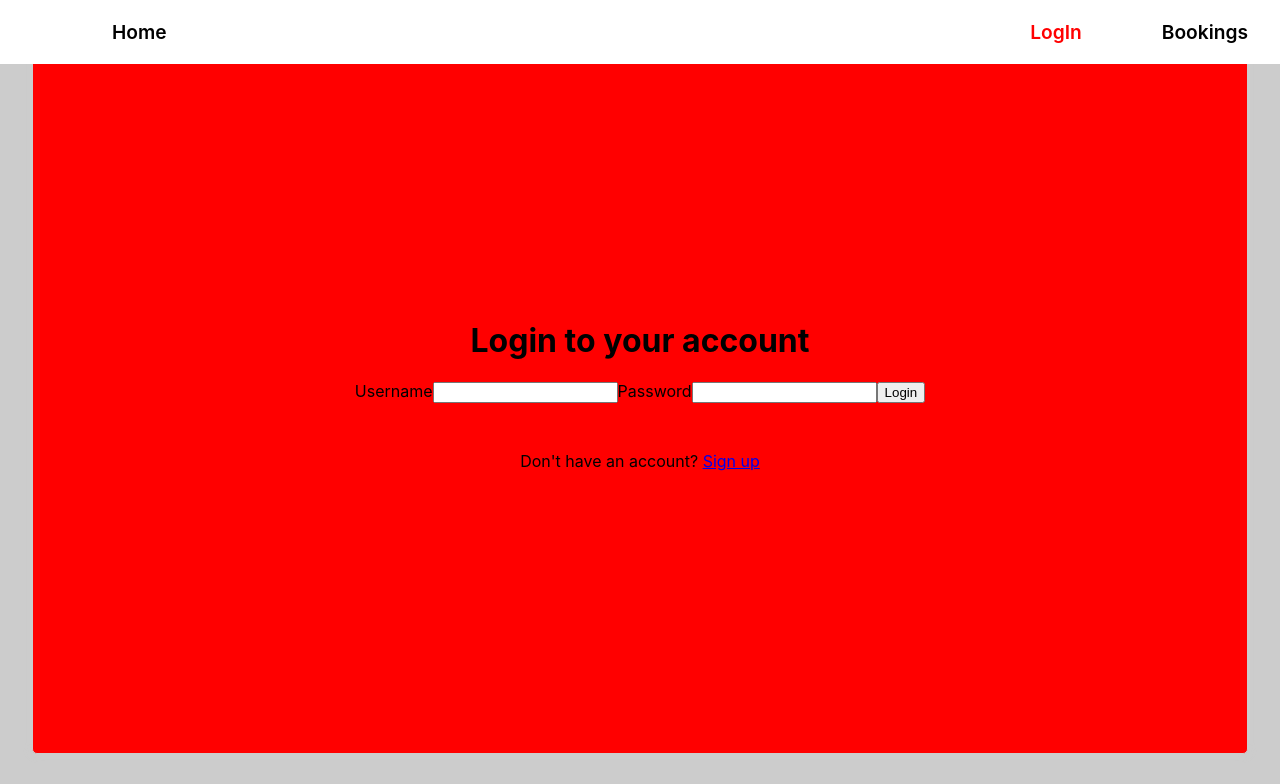
Repository: MikkyPrestige/fake-user-authentication
Page: /login
The author's editor kept a copy of each file at every save. The page is drawn from the files as they stood at one save, then again after the next save.
The browser window is 1280 px wide. The pictures show the whole page.
The project was rebuilt for these pictures with package versions that can differ from the ones it lists, and the page was loaded fresh each time. Also part of the build but not shown: src/assets/styles/home.css, src/components/home.jsx, src/assets/styles/booking.css, src/components/booking.jsx, src/components/fallBack.jsx, src/assets/styles/error.css, src/components/error.jsx, src/profile/signUp.jsx and 2 more.

Above is the page before, as saved 2022-11-24 05:26:48.

### src/index.css
body {
  margin: 0;
  font-family: -apple-system, BlinkMacSystemFont, 'Segoe UI', 'Roboto', 'Oxygen',
    'Ubuntu', 'Cantarell', 'Fira Sans', 'Droid Sans', 'Helvetica Neue',
    sans-serif;
  -webkit-font-smoothing: antialiased;
  -moz-osx-font-smoothing: grayscale;
  /* background-image: url(./assets/img/pattern_blue-1.jpg);
  background-repeat: no-repeat;
  background-size: cover;
  background-position: center;
  background-attachment: fixed; */
}

code {
  font-family: source-code-pro, Menlo, Monaco, Consolas, 'Courier New',
    monospace;
}

### src/App.jsx
import React from "react";
import { ErrorBoundary } from "react-error-boundary";
import { Route, Routes } from "react-router-dom";
import { Home, Navigation, Booking, FallBack, Error } from "./components";
import { Login, User, Logout, SignUp } from "./profile";
import RequireAuth from "./profile/context/require";
import { AuthProvider } from "./profile/context/auth";

function App() {
  return (
    <div className="App">
      <ErrorBoundary FallbackComponent={FallBack}>
        <Navigation />
        <AuthProvider>
        <Routes>
          <Route path="/" element={<Home />} />
          <Route path="/login">
            <Route index element={<Login />} />
          </Route>
          <Route path="/user" element={<RequireAuth><User /></RequireAuth>} />
          <Route path="/logout" element={<Logout />} />
          <Route path="/signUp" element={<SignUp />} />
          <Route path="/booking" element={<Booking />} />
          <Route path="*" element={<Error />} />
        </Routes>
        </AuthProvider>
      </ErrorBoundary>
    </div>
  );
}

export default App;

### src/components/index.js
export { default as Navigation } from "./navigation";
export { default as Home } from "./home";
export { default as Booking } from "./booking";
export { default as FallBack } from "./fallBack";
export { default as Error } from "./error";

### src/profile/index.js
export { default as Login } from "./login";
export { default as Logout } from "./logout";
export { default as SignUp } from "./signUp";
export { default as User } from "./user";

### src/profile/context/auth.jsx
// USER AUTHENTICATION CONTEXT
// This context is used to store the user authentication data and provide it to the rest of the application

import React, { createContext, useState, useContext } from "react";

// Create the context
const AuthContext = createContext({ user: {
  userName: "",
  email: "",
  password: "",
  confirmPassword: ""
} });

// Create the provider
const AuthProvider = ({ children }) => {

  // Create the state
  const [user, setUser] = useState({
    userName: "",
    email: "",
    password: "",
    confirmPassword: ""
  });

  // Login the user
  const login = (userName, password) => {
    setUser({
      userName,
      password
    });
  };

  // Sign up the user
  const signUp = (userName, password, email) => {
    setUser({
      userName,
      password,
      email
    });
  };

  // Logout the user
  const logout = () => {
    setUser({
      userName: "",
      email: "",
      password: "",
      confirmPassword: ""
    });
  };

  // Return the provider
  return (
    <AuthContext.Provider value={{ user, login, signUp, logout }}>
      {children}
    </AuthContext.Provider>
  );
};

// Create the hook
const useAuth = () => useContext(AuthContext);

// Export the provider and the hook
export { AuthProvider, useAuth };

// // Create the provider
// const AuthProvider = ({ children }) => {
//   // Create the state
//   const [user, setUser] = useState(null);

//   // Create the login function
//   const login = (user) => {
//     // Set the user
//     setUser(user);
//   };

//   // Create the logout function
//   const logout = () => {
//     // Set the user
//     setUser(null);
//   };

//   // Create sign up function
//   const signUp = (user) => {
//     // Set the user
//     setUser(user);
//   };

//   // Return the provider
//   return (
//     <AuthContext.Provider value={{ user, login, logout, signUp }}>
//       {children}
//     </AuthContext.Provider>
//   );
// };

// // Context hook
// const useAuth = () => useContext(AuthContext);

// // Export the context and provider
// export { AuthContext, AuthProvider, useAuth };

### src/components/navigation.jsx
// NAVIGATION COMPONENT

import React from "react";
import { NavLink } from "react-router-dom";
import "../assets/styles/navigation.css";

const Navigation = () => {
  return (
    <div className="navigation">
      <nav className="navigation__links">
        <div className="navigation--link">
          <NavLink
            style={({ isActive }) =>
              isActive ? { color: "red" } : { color: "black" }
            }
            to="/"
            className="navigation__link--item"
          >
            Home
          </NavLink>
        </div>
        <div className="navigation__link--wrapper">
          <NavLink
            style={({ isActive }) =>
              isActive ? { color: "red" } : { color: "black" }
            }
            to="/login"
            className="navigation__link--item"
          >
             LogIn
          </NavLink>
          <NavLink
            style={({ isActive }) =>
              isActive ? { color: "red" } : { color: "black" }
            }
            to="/booking"
            className="navigation__link--item"
          >
            Bookings
          </NavLink>
        </div>
      </nav>
    </div>
  );
};

export default Navigation;

### src/profile/login.jsx
// LOGIN COMPONENT - LOGIN PAGE
// This component is the login page for the application. It is a form that allows the user to enter their username and password.

import React, { useState } from "react";
import { useNavigate, useLocation } from "react-router-dom";
import { useAuth } from "./context/auth";
import "../assets/styles/login.css";

const Login = () => {
  const [userName, setUserName] = useState("");
  const [password, setPassword] = useState("");
  const [error, setError] = useState("");
  const auth = useAuth();
  const navigate = useNavigate();
  const location = useLocation();

  // Validate the form
  const validate = () => {
    if (!userName && !password) {
      setError("Please enter a username and password or email.");
      return false;
    } else if (userName === "") {
      setError("Please enter a username.");
      return false;
    } else if (password === "") {
      setError("Please enter a password.");
      return false;
    } else {
      return true;
    }
  };

  // Handle the form login
  const handleLogin = () => {
    if (validate()) {
      auth.login(userName, password);
      navigate(location.state?.from || "/user", { replace: true }); // Redirect the user to the user page after they login successfully.
    }
  };

  // Handle the form submit
  const handleSubmit = (e) => {
    e.preventDefault();
    console.log(userName, password);
    handleLogin();
  };

  // Handle the form change
  const handleChange = (e) => {
    const { name, value } = e.target;
    if (name === "user") {
      setUserName(value);
    } else if (name === "password") {
      setPassword(value);
    }
  };

  return (
    <div className="login">
      <div className="login__container">
      <h1 className="login__title">Login to your account</h1>
      <form onSubmit={handleSubmit} className="login__form">
        <label htmlFor="user" className="login__label">
          Username
        </label>
        <input
          type="text"
          name="user"
          value={userName}
          onChange={handleChange}
          className="login__input"
        />
        <label htmlFor="password" className="login__label">
          Password
        </label>
        <input
          type="password"
          name="password"
          value={password}
          onChange={handleChange}
          className="login__input"
        />
        <button type="submit" className="login__btn">
          Login
        </button>
      </form>
      <p className="login__error">{error}</p>
      <p className="login__links">
        Don't have an account?{" "}
        <a href="/signUp" className="login__link--item">
          Sign up
        </a>
      </p>
      </div>
    </div>
  );
};

export default Login;

### src/profile/logout.jsx
// LOGOUT COMPONENT:
// This component is for the logout page in the app

import { useEffect } from "react";
import { useNavigate } from "react-router-dom";
import { useAuth } from "./context/auth";

const Logout = () => {
  const auth = useAuth();
  const navigate = useNavigate();

  useEffect(() => {
    auth.logout();
    navigate("/");
  });

  return null;
};

export default Logout;

### src/assets/styles/navigation.css
.navigation {
  background-color: #fff;
  height: 4rem;
  position: fixed;
  top: 0;
  width: 100%;
  z-index: 100;
}

.navigation__links {
  display: flex;
  justify-content: space-between;
  align-items: center;
  height: 100%;
  padding: 0 2rem;
}

.navigation__link--item {
  font-size: 1.2rem;
  font-weight: 600;
  text-decoration: none;
}

.navigation--link {
  margin-left: 5rem;
}

.navigation__link--wrapper {
  display: flex;
  align-items: center;
  gap: 5rem;
}

### src/assets/styles/login.css
.login {
    background-color: #ccc;
    margin: 0 auto;
    padding: 2rem;
    height: 100vh;
}

.login__container {
    display: flex;
    flex-direction: column;
    justify-content: center;
    align-items: center;
    height: 100%;
    background-color: red;
    border: 1px solid #ccc;
    border-radius: 5px;
    box-shadow: 0 0 10px #ccc;
}

Loaded but not shown: public/index.html (common file); src/index.js (common file)

After the next save:
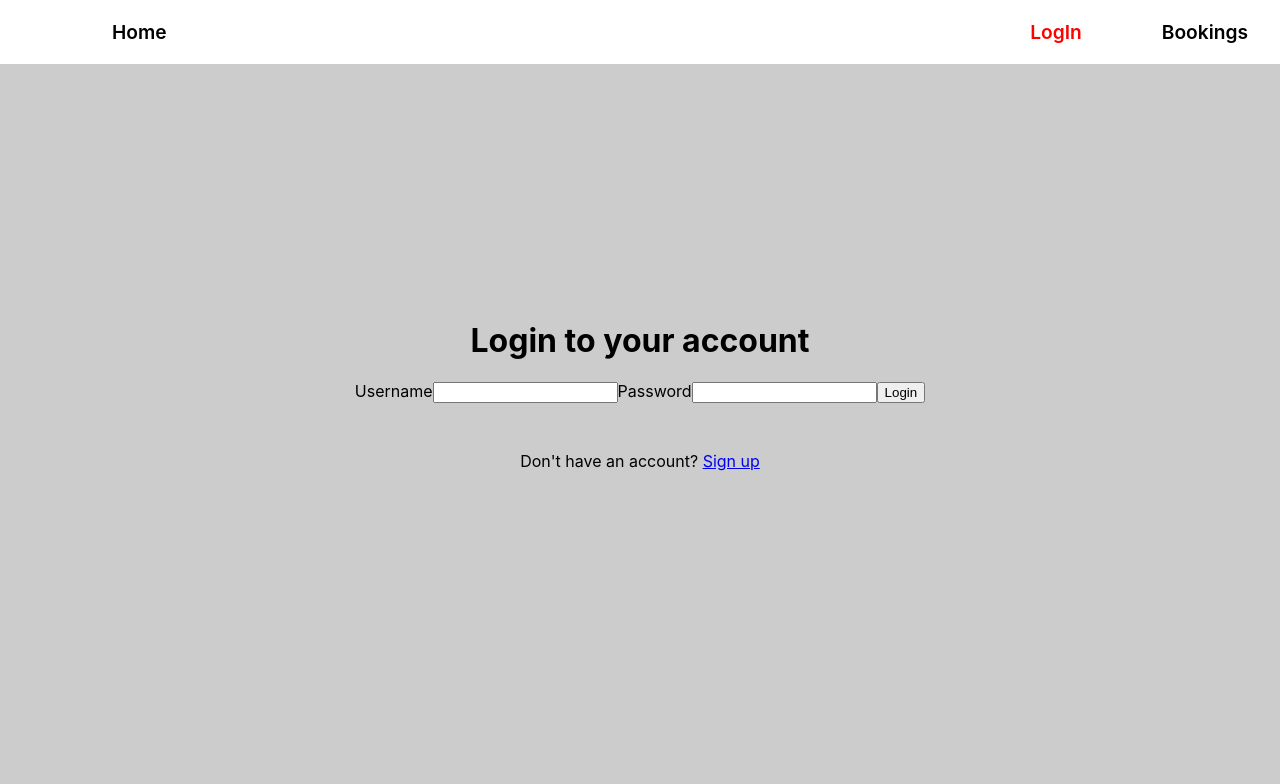
Saved 4 min 16 s later.
--- a/src/assets/styles/login.css
+++ b/src/assets/styles/login.css
@@ -11,7 +11,7 @@
     justify-content: center;
     align-items: center;
     height: 100%;
-    background-color: red;
+    background-color: ;
     border: 1px solid #ccc;
     border-radius: 5px;
     box-shadow: 0 0 10px #ccc;
